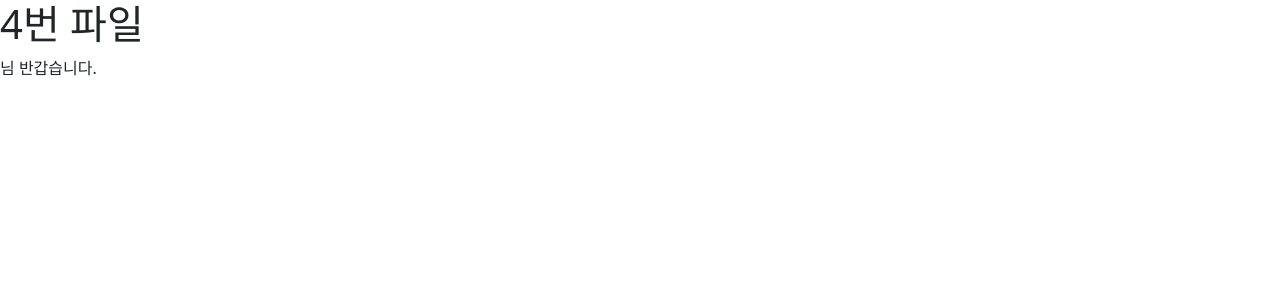
Repository: JJinBBangg/JSP
Page: http://localhost/jsp/ch12/lecture/06out/04process.jsp
These files come from the project's save history. The page is drawn as it stood at one moment and after the next save; the edit follows.
The browser window is 1280 px wide. The pictures show the whole page.
The page is served by Tomcat 9. Other server files are loaded and not shown.

Above is the page before, as saved 2023-04-06 01:33:09.

### jsp/src/main/webapp/ch12/lecture/06out/04process.jsp
<%@ page language="java" contentType="text/html; charset=UTF-8"
    pageEncoding="UTF-8"%>
<%@ page import="java.util.*"%>
<%@ taglib uri="http://java.sun.com/jsp/jstl/core" prefix="c"%>
<!DOCTYPE html>
<html>
<head>
<meta charset="UTF-8">
<meta name="viewport" content="width=device-width, initial-scale=1">
<title>Insert title here</title>
<link href="https://cdn.jsdelivr.net/npm/bootstrap@5.3.0-alpha3/dist/css/bootstrap.min.css" rel="stylesheet" integrity="sha384-KK94CHFLLe+nY2dmCWGMq91rCGa5gtU4mk92HdvYe+M/SXH301p5ILy+dN9+nJOZ" crossorigin="anonymous">
</head>
<body>
	<h1>4번 파일</h1>
	<p>${param.name}님 반갑습니다.</p>


	<script src="https://cdn.jsdelivr.net/npm/bootstrap@5.3.0-alpha3/dist/js/bootstrap.bundle.min.js" integrity="sha384-ENjdO4Dr2bkBIFxQpeoTz1HIcje39Wm4jDKdf19U8gI4ddQ3GYNS7NTKfAdVQSZe" crossorigin="anonymous"></script>
</body>
</html>

After the next save:
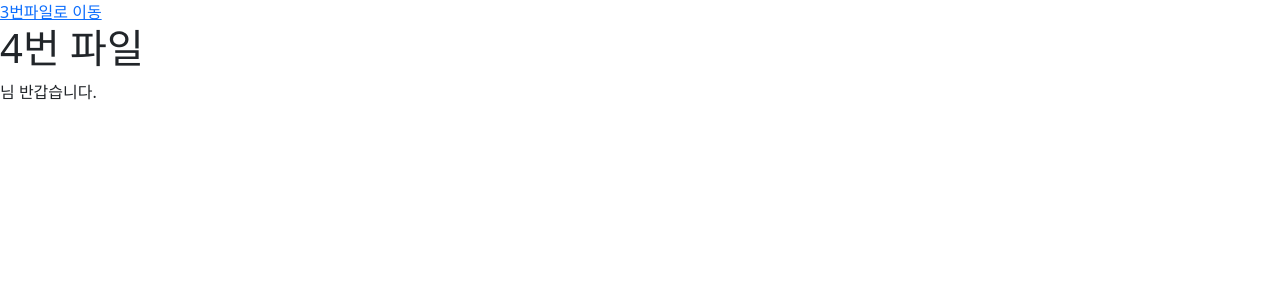
Saved 18 s later.
--- a/jsp/src/main/webapp/ch12/lecture/06out/04process.jsp
+++ b/jsp/src/main/webapp/ch12/lecture/06out/04process.jsp
@@ -11,6 +11,7 @@
 <link href="https://cdn.jsdelivr.net/npm/bootstrap@5.3.0-alpha3/dist/css/bootstrap.min.css" rel="stylesheet" integrity="sha384-KK94CHFLLe+nY2dmCWGMq91rCGa5gtU4mk92HdvYe+M/SXH301p5ILy+dN9+nJOZ" crossorigin="anonymous">
 </head>
 <body>
+	<a href="03form.jsp">3번파일로 이동</a>
 	<h1>4번 파일</h1>
 	<p>${param.name}님 반갑습니다.</p>
 
